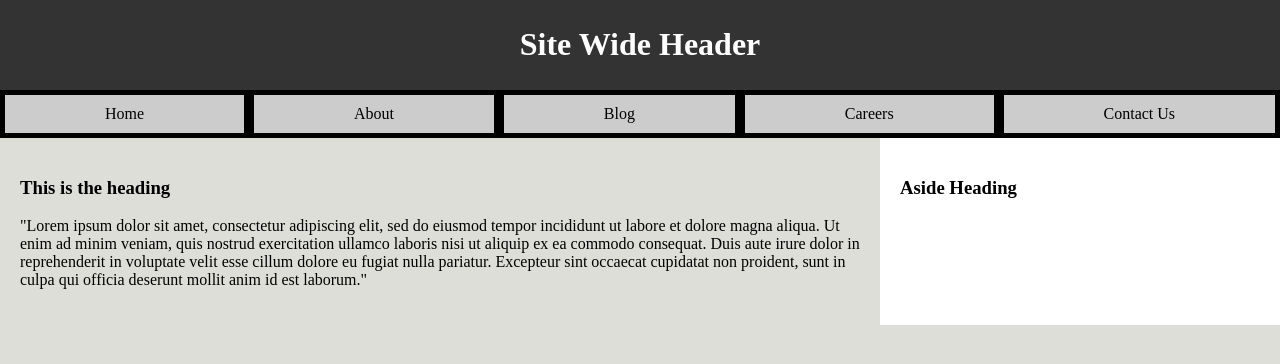
Repository: ayeza-baseer/AssignmentFlexbox
Page: assignment.html
An editor plug-in stored every save of this project. The page is shown before and after the next save, followed by the edit.
The browser window is 1280 px wide. The pictures show the whole page.

Above is the page before, as saved 2023-03-17 14:22:05.

### assignment.html
<!DOCTYPE html>
<html lang="en">
<head>

    <link rel="stylesheet" href="assignment.css">


</head>
<body>
<div>
    <header class="header"><h1>
        Site Wide Header
    </h1></header>
    <div class="navbar">
        <a href="#">Home</a>
        <a href="#">About</a>
        <a href="#">Blog</a>
        <a href="#">Careers</a>
        <a href="#">Contact Us</a>
      </div>
    <div class="row">
      <div class="main">
        <h3>This is the heading</h3>
        <p>"Lorem ipsum dolor sit amet, consectetur adipiscing elit, sed do eiusmod tempor incididunt ut labore et dolore magna aliqua. Ut enim ad minim veniam, quis nostrud exercitation ullamco laboris nisi ut aliquip ex ea commodo consequat. Duis aute irure dolor in reprehenderit in voluptate velit esse cillum dolore eu fugiat nulla pariatur. Excepteur sint occaecat cupidatat non proident, sunt in culpa qui officia deserunt mollit anim id est laborum."</p>
      </div>
      <div class="aside">
        <h3>Aside Heading</h3>
      </div>
    </div>
</div>

</body>
</html>

### assignment.css
.header {
  padding: 5px;
  background-color: #333;
  color: #ccc;

  text-align: center;

  color: white;
}

body {
  margin: 0;
  background-color: #deded8;
}

.navbar {
  display: flex;
  background-color: black;
}

.navbar a {
  color: black;

  background-color: #ccc;
  padding: 10px 12px;
  text-decoration: none;
  text-align: center;
  flex-grow: 1;
  border: 5px solid black;
}

.navbar a:hover {
  color: red;
  border: 5px solid red;
}

.row {
  display: flex;
  flex-direction: row;
}

.aside {
  flex: 1 1 30%;
  background-color: white;

  padding: 20px;
}

/* Main column */
.main {
  flex: 1 1 70%;
  padding: 20px;
}

After the next save:
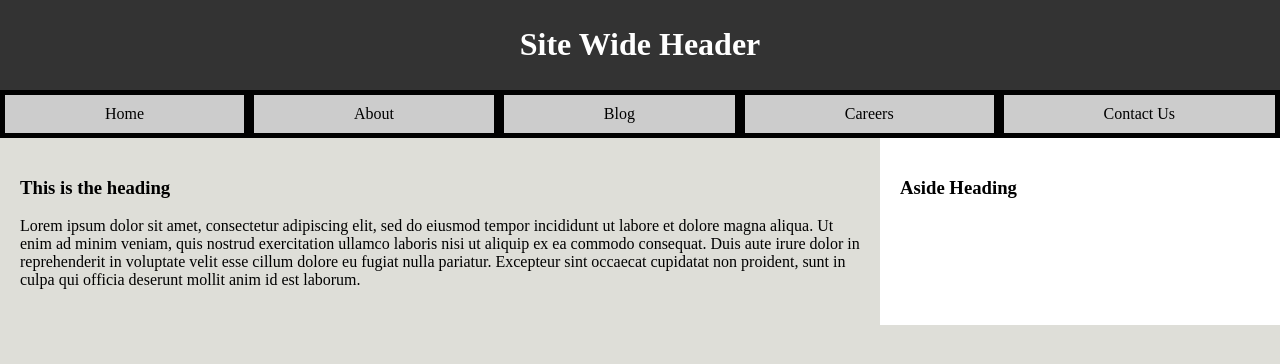
Saved 44 s later.
--- a/assignment.html
+++ b/assignment.html
@@ -21,7 +21,7 @@
     <div class="row">
       <div class="main">
         <h3>This is the heading</h3>
-        <p>"Lorem ipsum dolor sit amet, consectetur adipiscing elit, sed do eiusmod tempor incididunt ut labore et dolore magna aliqua. Ut enim ad minim veniam, quis nostrud exercitation ullamco laboris nisi ut aliquip ex ea commodo consequat. Duis aute irure dolor in reprehenderit in voluptate velit esse cillum dolore eu fugiat nulla pariatur. Excepteur sint occaecat cupidatat non proident, sunt in culpa qui officia deserunt mollit anim id est laborum."</p>
+        <p>Lorem ipsum dolor sit amet, consectetur adipiscing elit, sed do eiusmod tempor incididunt ut labore et dolore magna aliqua. Ut enim ad minim veniam, quis nostrud exercitation ullamco laboris nisi ut aliquip ex ea commodo consequat. Duis aute irure dolor in reprehenderit in voluptate velit esse cillum dolore eu fugiat nulla pariatur. Excepteur sint occaecat cupidatat non proident, sunt in culpa qui officia deserunt mollit anim id est laborum.</p>
       </div>
       <div class="aside">
         <h3>Aside Heading</h3>
